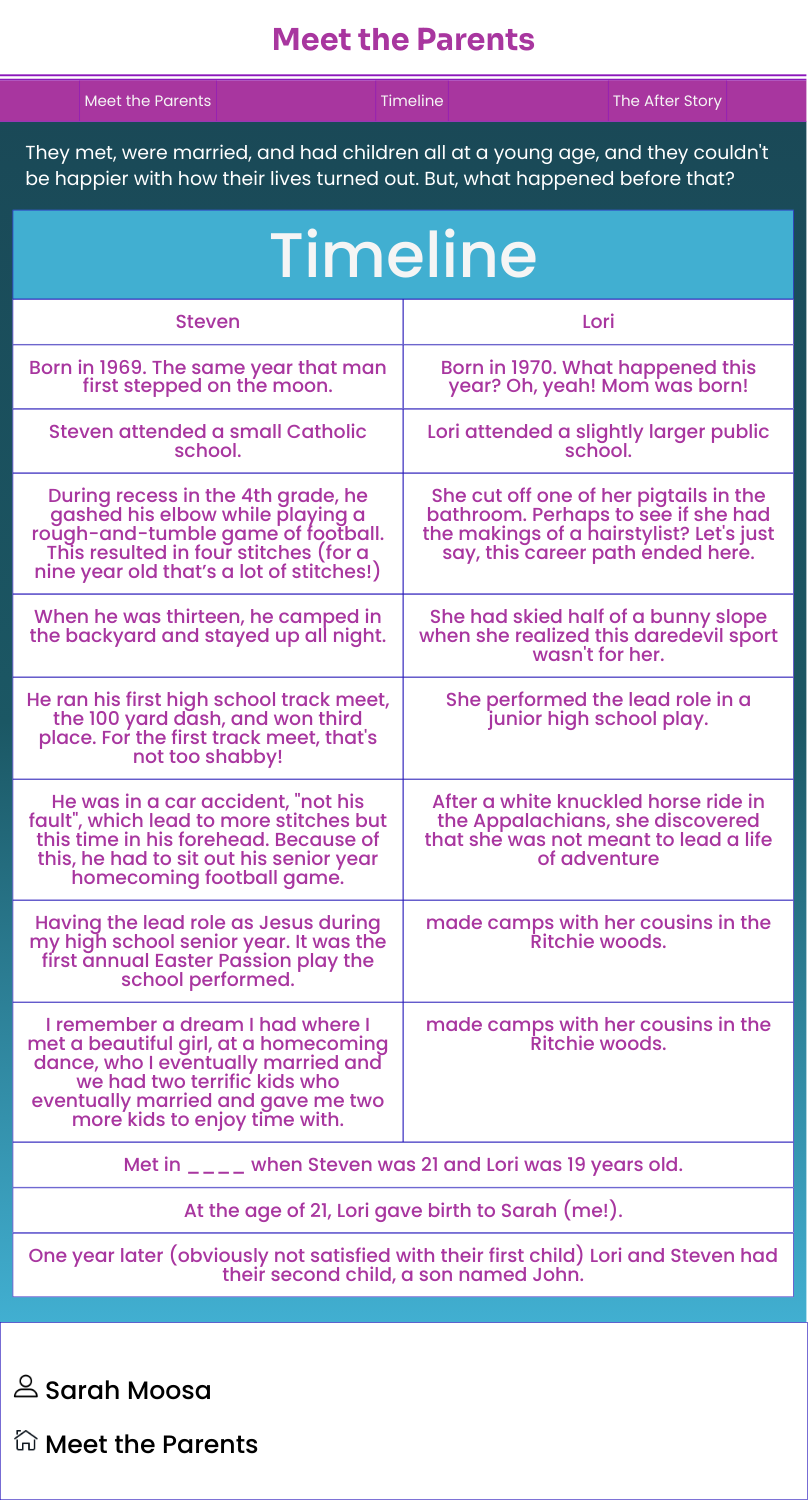
Repository: Sbethm/parents-tribute
Page: timeline.html
An editor plug-in stored every save of this project. The page is shown before and after the next save, followed by the edit.
The browser window is 1280 px wide. The page is 1282 px wide, so the pictures cover 1282 px, including what lies to the right of the window. The pictures show the whole page, at 63% of full size.

Above is the page before, as saved 2021-02-11 17:28:38.

After the next save:
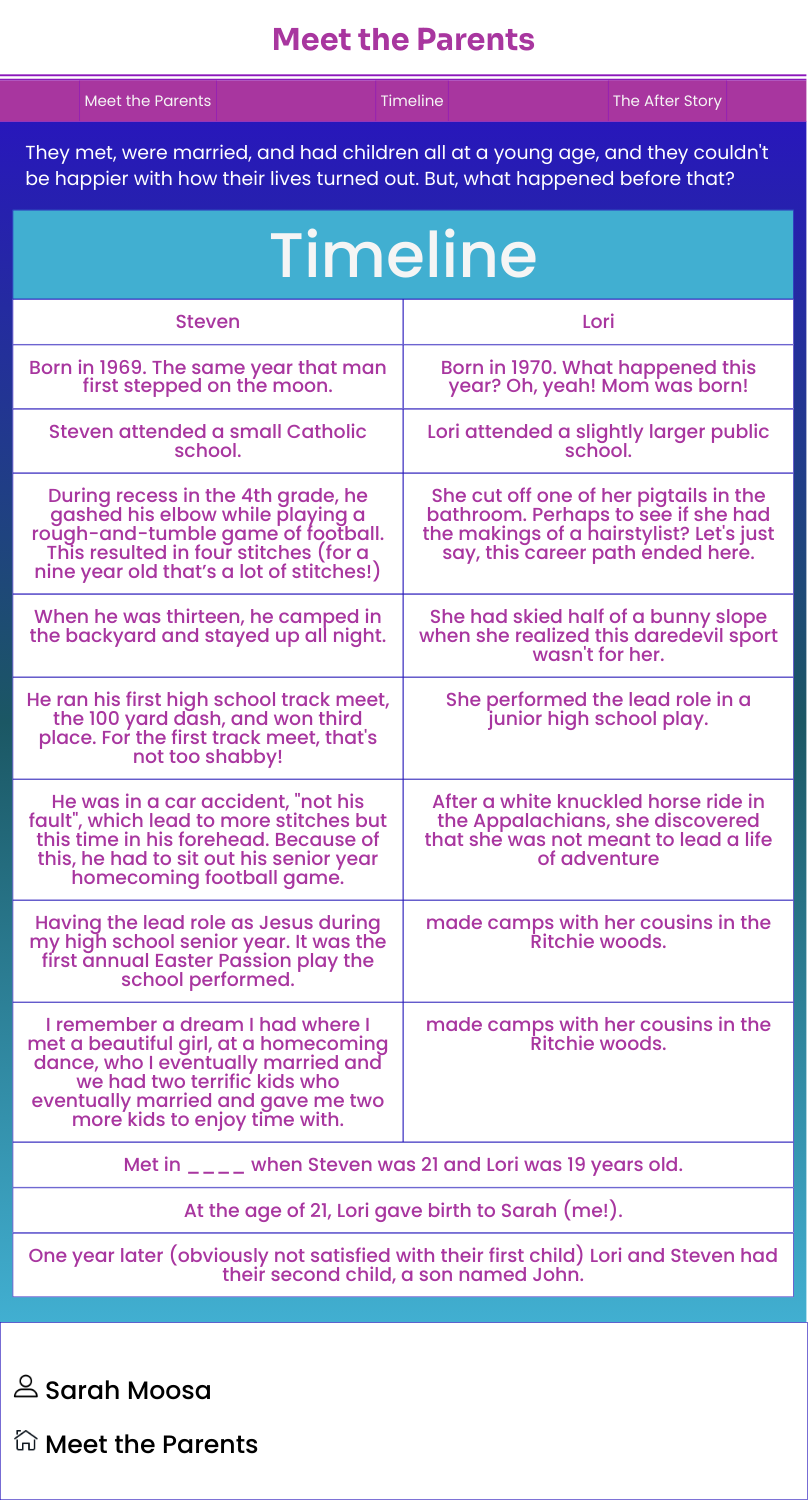
Saved 69 s later.
--- a/style.css
+++ b/style.css
@@ -343,7 +343,7 @@ footer {
 @media screen and (min-width: 700px) and (max-width: 1500px) {
 
     main {
-        background-image: linear-gradient(180deg, rgb(26, 73, 87), rgb(27, 87, 100), rgb(65, 175, 209));
+        background-image: linear-gradient(180deg, rgb(40, 23, 187), rgb(27, 87, 100), rgb(65, 175, 209));
     }
 
     a {
